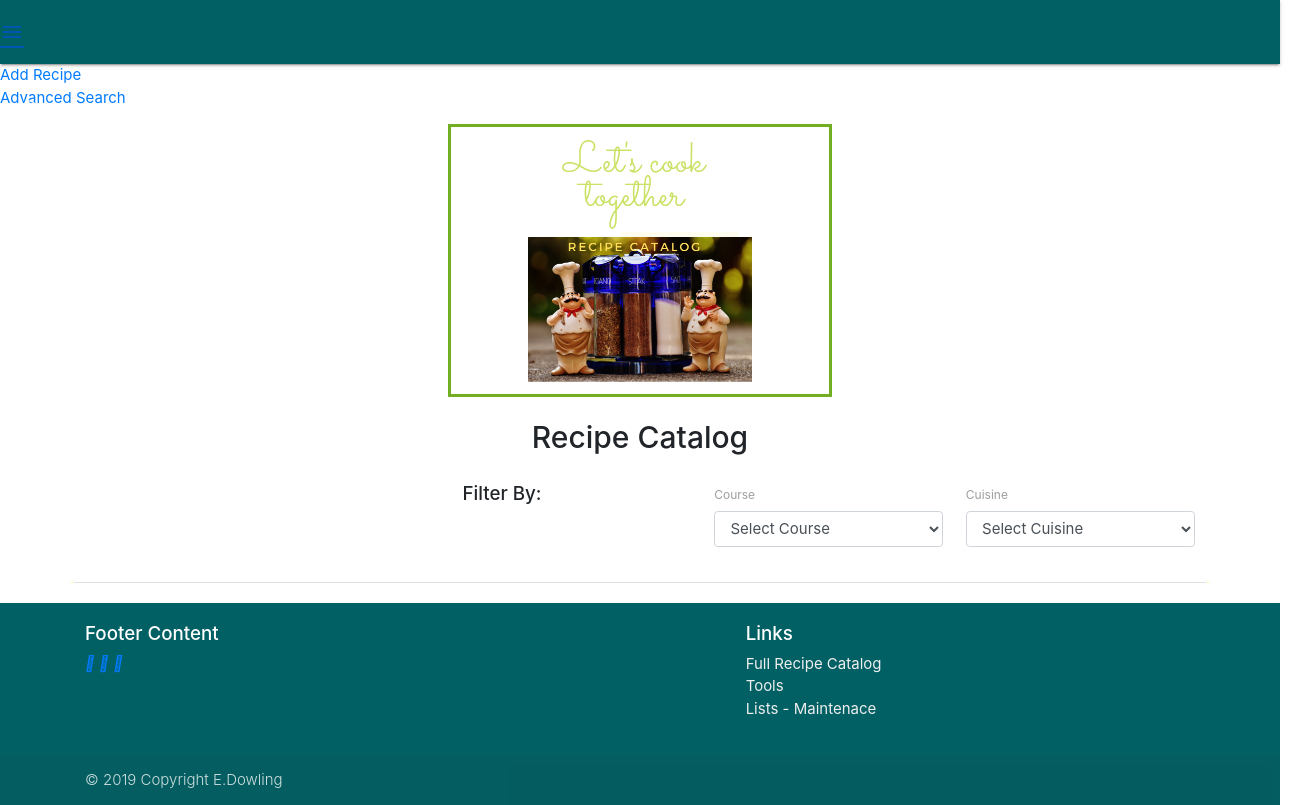
Repository: eldowling/lets-cook-together
Page: http://localhost/get_catalog?course=breakfast
The author's editor kept a record of every edit. The page is drawn from the files as they stood at one moment, then again after the next edit.
The browser window is 1280 px wide. The page is 1295 px wide, so the pictures cover 1295 px, including what lies to the right of the window. The pictures show the whole page.
Some web libraries are served in a nearby version. The page is served by the project's application, run on Flask 3 (app.py). Queries for data that is not in the repository find no rows.

Above is the page before.
Console error: TypeError: $(...).collapsible is not a function

### templates/catalog.html
{% extends 'base.html'%} {% block content %}
<div class="row justify-content-center">
  <h2>Recipe Catalog</h2>
</div>
<div class="container">
  <div class="row">
    <div class="col s2 offset-s4">
      <h5>Filter By:</h5>
    </div>
    <div class="col s3">
      <div class="form-group">
        <label for="selectCourse">Course</label>
        <select class="form-control" id="selectCourse">
          <option>Select Course</option>
          <option><a href="{{url_for('get_catalog', course="breakfast")}}" >Breakfast</a></option>
          <option>Lunch</option>
          <option>Soup</option>
          <option>Main</option>
          <option>Dessert</option>
        </select>
      </div>
    </div>
    <div class="col s3">
      <div class="form-group">
        <label for="selectCuisine">Cuisine</label>
        <select class="form-control" id="selectCuisine">
          <option>Select Cuisine</option>
          <option>Americian</option>
          <option>Chinese</option>
          <option>English</option>
          <option>French</option>
          <option>Italian</option>
          <option>Mexican</option>
        </select>
      </div>
    </div>
  </div>
</div>


<div class="container yellow lighten-4">
  <div class = "row">
    <div class="col s12 divider"></div>
  </div>
  <div>

    {% for group in recipes|groupby('course') %}
      <h2>{{ group.grouper }}</h2>
      <div class = "row">
        <div class="col s12 divider"></div>
      </div>
      {% for recipe in group.list %}
      <div class = "row">
        <div class="col s12">
          <h5>{{ recipe.title }}</h5>
        </div>
      </div>
      <div class="row">
      <div class="col s6 offset-s2">
        {{recipe.description}}
      </div>
      <div class="col s3">
        <strong>Rating: </strong> {{recipe.rating}}
      </div>
    </div>
      {% endfor %}
      </ul>
      </li>
      {% endfor %}
      </ul>
</div>
</div>

{% endblock %}

### templates/base.html
<!DOCTYPE html>
<html>

<head>
    <link href="https://fonts.googleapis.com/icon?family=Material+Icons" rel="stylesheet">
    <link rel="stylesheet" href="https://cdnjs.cloudflare.com/ajax/libs/materialize/0.100.2/css/materialize.min.css">
    <link rel="stylesheet" href="https://maxcdn.bootstrapcdn.com/bootstrap/4.0.0/css/bootstrap.min.css" integrity="sha384-Gn5384xqQ1aoWXA+058RXPxPg6fy4IWvTNh0E263XmFcJlSAwiGgFAW/dAiS6JXm" crossorigin="anonymous">
    <link rel="stylesheet" href="https://cdnjs.cloudflare.com/ajax/libs/font-awesome/4.7.0/css/font-awesome.min.css">
    <link rel="stylesheet" href="{{ url_for('static', filename='css/style.css') }}" type="text/css" />
</head>

<body>
    <header>
        <!-- Dropdown Structure -->
        <ul id="dropdown1" class="dropdown-content">
            <li><a href="#!">one</a></li>
            <li><a href="#!">two</a></li>
            <li class="divider"></li>
            <li><a href="#!">three</a></li>
        </ul>

        <nav>
            <div class="nav-wrapper cyan darken-4">

                <form>
                    <a href="#" data-target="mobile-demo" class="sidenav-trigger"><i class="material-icons">menu</i></a>
                    <div class="input-field inline ">
                        <input id="search" type="search" required>
                        <label class="label-icon" for="search"><i class="material-icons">search</i></label>
                        <i class="material-icons">close</i>
                    </div>
                    <ul id="nav-mobile" class="right hide-on-med-and-down">
                        <li><a href="addedit-recipe.html">Add Recipe</a></li>
                        <li><a class="dropdown-trigger" href="#!" data-target="dropdown1">Advanced Search<i class="material-icons right">arrow_drop_down</i></a></li>
                    </ul>

                </form>

            </div>
        </nav>

        <ul class="sidenav" id="mobile-demo">
            <li><a href="addedit-recipe.html">Add Recipe</a></li>
            <li><a href="badges.html">Advanced Search</a></li>
        </ul>


    </header>

    <div class="center">
            <img class="main-img" src="static/images/lets-cook-logo.png"></img>
    </div>
    <div> <BR> </div>

        {% block content %} {% endblock %}


    <footer class="page-footer cyan darken-4">
        <div class="container">
            <div class="row">
                <div class="col l6 s12">
                    <h5 class="white-text">Footer Content</h5>

                    <span class="grey-text text-lighten-4 ">
                        <a href="facebook.html"><i class="fab fa-facebook-square"></i></a>
                        <a href="twitter.html"><i class="fab fa-twitter-square"></i></a>
                        <a href="instagram.html"><i class="fab fa-instagram"></i></a>
                    </span>
                </div>
                <div class="col l4 offset-l2 s12">
                    <h5 class="white-text">Links</h5>
                    <ul>
                        <li><a class="grey-text text-lighten-3" href="{{url_for('get_catalog')}}">Full Recipe Catalog</a></li>
                        <li><a class="grey-text text-lighten-3" href="tools.html">Tools</a></li>
                        <li><a class="grey-text text-lighten-3" href="maintenance.html">Lists - Maintenace</a></li>
                    </ul>
                </div>
            </div>
        </div>
        <div class="footer-copyright">
            <div class="container">
                © 2019 Copyright E.Dowling
            </div>
        </div>
    </footer>

    <script src="https://cdnjs.cloudflare.com/ajax/libs/jquery/3.2.1/jquery.min.js"></script>
    <script src="https://cdnjs.cloudflare.com/ajax/libs/materialize/0.100.2/js/materialize.min.js"></script>
    <script src="https://code.jquery.com/jquery-3.2.1.slim.min.js" integrity="sha384-KJ3o2DKtIkvYIK3UENzmM7KCkRr/rE9/Qpg6aAZGJwFDMVNA/GpGFF93hXpG5KkN" crossorigin="anonymous"></script>
    <script src="https://cdnjs.cloudflare.com/ajax/libs/popper.js/1.12.9/umd/popper.min.js" integrity="sha384-ApNbgh9B+Y1QKtv3Rn7W3mgPxhU9K/ScQsAP7hUibX39j7fakFPskvXusvfa0b4Q" crossorigin="anonymous"></script>
    <script src="https://maxcdn.bootstrapcdn.com/bootstrap/4.0.0/js/bootstrap.min.js" integrity="sha384-JZR6Spejh4U02d8jOt6vLEHfe/JQGiRRSQQxSfFWpi1MquVdAyjUar5+76PVCmYl" crossorigin="anonymous"></script>
    <script type="text/javascript">
        $(document).ready(function() {
            $('.collapsible').collapsible();
            $('select').material_select();
            $(".button-collapse").sideNav();
            $(".dropdown-trigger").dropdown();
            $('.sidenav').sidenav();
            $('.dropdown-toggle').dropdown();
            $('.tabs').tabs();
        });



    </script>
</body>
</html>

### app.py
import os
from flask import Flask, render_template, redirect, request, url_for
from flask_pymongo import PyMongo
from bson.objectid import ObjectId

app = Flask(__name__)
app.config["MONGO_DBNAME"] = 'recipie_catalog'
app.config["MONGO_URI"] = 'mongodb+srv://root:r00tUser@myfirstcluster-pwjgy.mongodb.net/recipie_catalog?retryWrites=true&w=majority'
#app.config["MONGO_URI"] = os.getenv('MONGO_URI', 'mongodb://localhost')

mongo = PyMongo(app)


@app.route('/')
#@app.route('/get_catalog/<course>')
#def get_catalog(course):
@app.route('/get_catalog')
def get_catalog():
    #if course == '':*/
        return render_template("catalog.html", recipes=mongo.db.recipes.find())
    #if course != '':
    #    return render_template("catalog.html", recipes=mongo.db.recipes.find({ "recipes.course": course }))

#@app.route('/get_catalog/<course_id>')
#def show_recipe(recipe_id):
#    course =  mongo.db.recipes.find_one({"course": ObjectId(course)})
#    all_courses =  mongo.db.categories.find()
#    return render_template('catalog.html', task=the_recipe,
#                           categories=all_categories)

@app.route('/show_recipe/<recipe_id>')
def show_recipe(recipe_id):
    the_recipe =  mongo.db.recipes.find_one({"_id": ObjectId(recipe_id)})
#    all_categories =  mongo.db.categories.find()
    return render_template('recipe.html', recipe=the_recipe)

if __name__ == '__main__':
    app.run(host=os.environ.get('IP'),
            port=int(os.environ.get('PORT')),
            debug=True)


@app.route('/filter_catalog/<course>')
def filter_catalog(course):
    return render_template("catalog.html", recipes=mongo.db.recipes.find({ "recipes.course": course }))

### static/css/style.css
.main-img {
  display: inline-block;
  vertical-align: middle;
  max-height: auto;
  max-width: 230px;
}

.center {
  margin: auto;
  min-width: 250px;
  width: 30%;
  border: 3px solid #73AD21;
  padding: 10px;
}
.tabs .tab a{
    color:#00838f;
}
.tabs .tab a:hover,.tabs .tab a.active {
	background-color:transparent;
	color:#00b8d4;
}
.tabs .indicator {
	background-color:#006064;
}
 .tabs {
    margin-bottom: 2em;
}

.recipe_tabs{
  margin-left: 2em;
}

After the next edit:
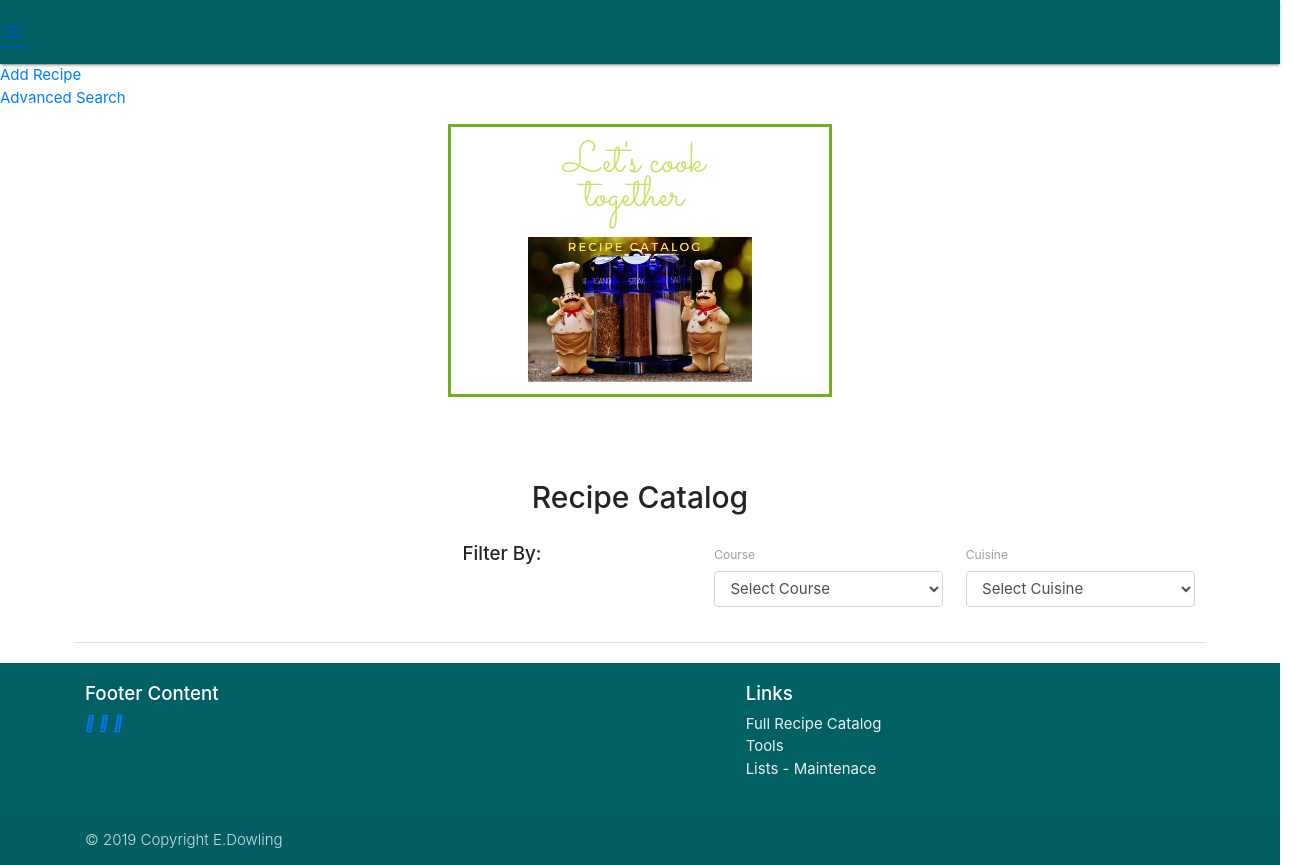
The edit:
--- a/static/css/style.css
+++ b/static/css/style.css
@@ -11,6 +11,7 @@
   width: 30%;
   border: 3px solid #73AD21;
   padding: 10px;
+  margin-bottom: 4em;
 }
 .tabs .tab a{
     color:#00838f;
